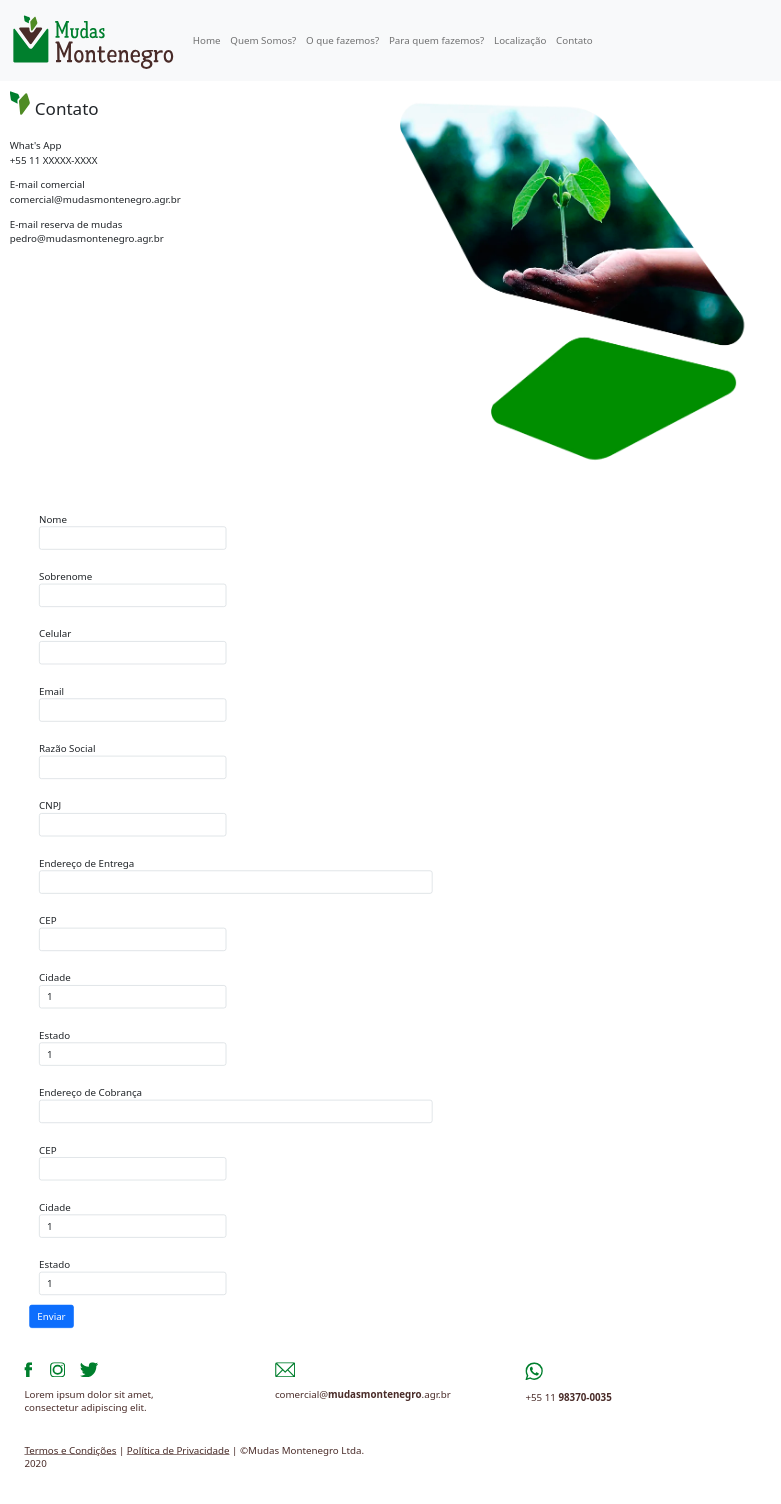
Repository: MaKnok/mudas-montenegro
Page: contato.html
An editor plug-in stored every save of this project. The page is shown before and after the next save, followed by the edit.
The browser window is 1280 px wide. The pictures show the whole page, at 61% of full size.
Some web libraries are served in a nearby version.

Above is the page before, as saved 2021-06-17 09:47:51.

After the next save:
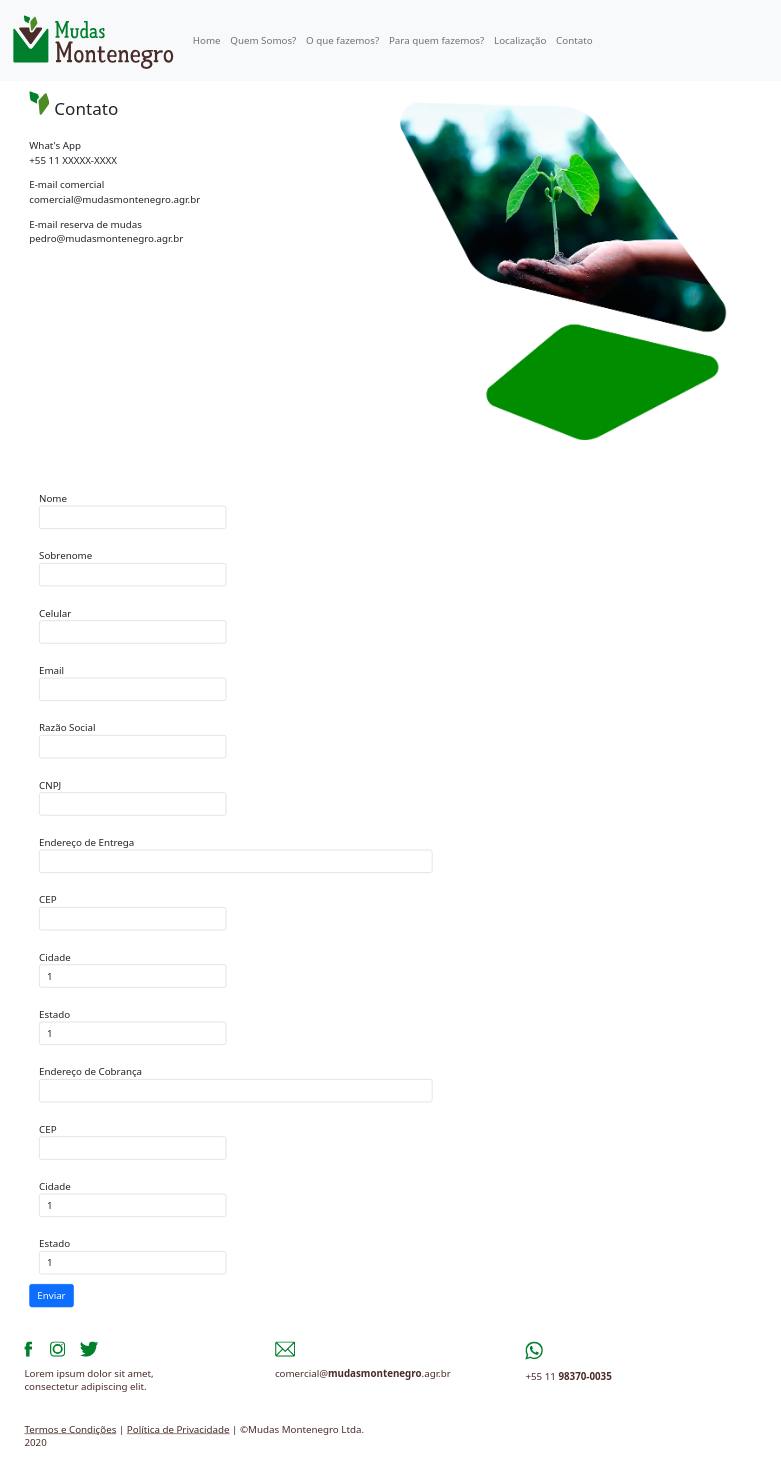
Saved 2 min 58 s later.
--- a/contato.html
+++ b/contato.html
@@ -53,37 +53,43 @@
 
 </nav>
 
-<div class="container-fluid">
-
-  <div class="row jumbotron section-top">
-
-    <div class="col-xs-12 col-sm-12 col-md-4 col-lg-4 col-xl-5 content-top">
-
-        <h3 class="page-title">Contato</h3>
-        <br />
-        <p>
-          What's App<br/>
-          +55 11 XXXXX-XXXX
-        </p>
-
-        <p>
-          E-mail comercial<br/>
-          comercial@mudasmontenegro.agr.br
-        </p>
-
-        <p>E-mail reserva de mudas<br/>
-           pedro@mudasmontenegro.agr.br
-        </p>
+<div class="wrapper">
+
+  <div class="container-fluid">
+
+    <div class="row jumbotron section-top">
+
+      <div class="col-xs-12 col-sm-12 col-md-4 col-lg-4 col-xl-5 content-top">
+
+          <h3 class="page-title">Contato</h3>
+          <br />
+          <p>
+            What's App<br/>
+            +55 11 XXXXX-XXXX
+          </p>
+
+          <p>
+            E-mail comercial<br/>
+            comercial@mudasmontenegro.agr.br
+          </p>
+
+          <p>E-mail reserva de mudas<br/>
+             pedro@mudasmontenegro.agr.br
+          </p>
+
+      </div>
+
+      <div class="col-xs-12 col-sm-12 col-md-8 col-lg-8 col-xl-7 image-top">
+        <img src="img/leaves_desktop_img.webp" class="img-fluid" alt="Muda">
+      </div>
 
     </div>
 
-    <div class="col-xs-12 col-sm-12 col-md-8 col-lg-8 col-xl-7 image-top">
-      <img src="img/leaves_desktop_img.webp" class="img-fluid" alt="Muda">
-    </div>
-
   </div>
 
 </div>
+
+
 
 <div class="wrapper">
 
